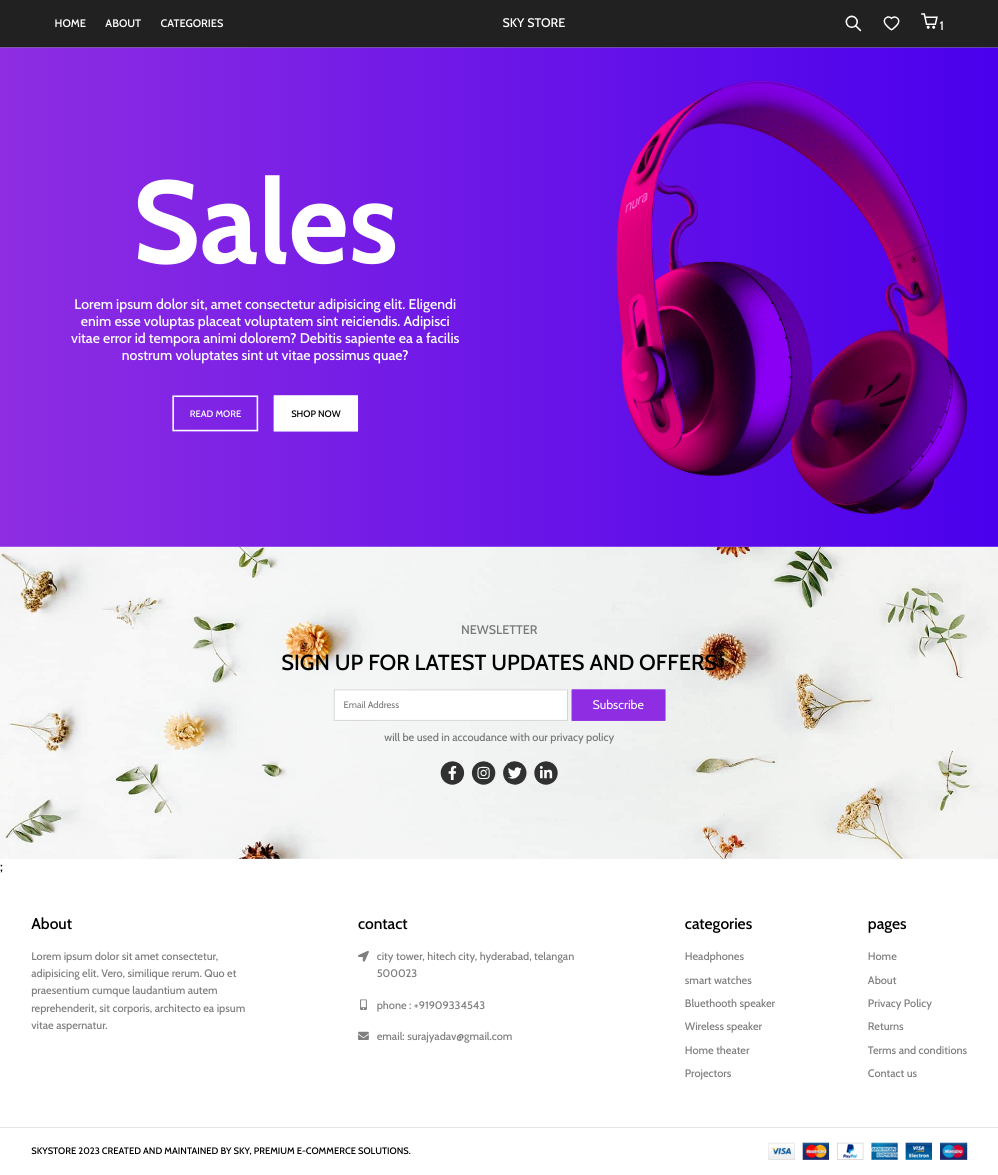
Repository: suraj-yadav7/ecommerce
Page: /
The author's editor kept a copy of each file at every save. The page is drawn from the files as they stood at one save, then again after the next save.
The browser window is 1280 px wide. The pictures show the whole page, at 78% of full size.
The project was rebuilt for these pictures with package versions that can differ from the ones it lists, and the page was loaded fresh each time. Also part of the build but not shown: src/components/Home/Home.scss, src/components/Category/Category.scss, src/components/SingleProduct/SingleProduct.scss, src/components/SingleProduct/SingleProduct.jsx, src/App.scss, src/components/Header/Search/Search.scss, src/components/Header/Search/Search.jsx, src/components/Cart/Cart.scss and 1 more.

Above is the page before, as saved 2023-06-19 11:25:35.

### src/index.jsx
import React from 'react';
import ReactDOM from 'react-dom/client';
import './index.scss';
import App from './App';
import { Provider } from 'react-redux';
import store from './store/store';

const root = ReactDOM.createRoot(document.getElementById('root'));
root.render(
<Provider store={store}>
    <App />
</Provider>
);

### src/App.jsx
import React from 'react';
import { BrowserRouter as Router, Routes, Route } from 'react-router-dom';
import Home from "./components/Home/Home"
import Category from "./components/Category/Category"
import SingleProduct from "./components/SingleProduct/SingleProduct"
import './App.scss';
import Header from './components/Header/Header';
import Footer from './components/Footer/Footer';
import Newsletter from './components/Footer/Newsletter/Newsletter';

function App() {
  return (
   <>
   <Router>
    <Header/>
    <Routes>
        <Route exact path="/" element={<Home/>} />
        <Route exact path="/category/:id" element={<Category/>} />
        <Route exact path="/product/:id" element={<SingleProduct/>} />
    </Routes>
    <Newsletter/>
    <Footer />
   </Router>
   </>
  );
}

export default App;

### src/store/store.jsx
import { configureStore } from "@reduxjs/toolkit";
import productSlice from "./slices/productSlice";


const store = configureStore({
    reducer:{
        product:productSlice
    }
})

export default store;

### src/components/Home/Home.jsx
import { useDispatch, useSelector } from "react-redux";
import "./Home.scss";
import { addElement } from "../../store/slices/productSlice";
import Banner from "./Banner/Banner";


const Home = () => {
    const dispatch = useDispatch()
    const data = useSelector((state)=> state.product.data)
    return(
     <>
        <div className="home">
            <Banner />
        </div>
     </>

    )
};

export default Home;

### src/components/Header/Header.jsx
import "./Header.scss";
import Search from "./Search/Search"
import Cart from "../Cart/Cart"
import { TbSearch } from "react-icons/tb"
import { CgShoppingCart } from "react-icons/cg"
import { AiOutlineHeart } from "react-icons/ai"
import "./Header.scss"
import { useEffect, useState } from "react";

const Header = () => {
    const [scrollVal, setScrollVal] = useState(false)
    const handleScroll = ()=>{
        const offset = window.scrollY;
        console.log(offset)
        if(offset > 200){
            setScrollVal(true)
        }
        else{
            setScrollVal(false)
        }
    }
    useEffect(()=>{
        window.addEventListener("scroll", handleScroll)
    },[])

    return (
        <>
            <header className={`main-header ${scrollVal? "sticky-header":""}`}>
                <div className="header-content">
                    <ul className="left" >
                        <li>Home</li>
                        <li>About</li>
                        <li>Categories</li>
                    </ul>
                    <div className="center"> SKY STORE</div>
                    <div className="right">
                        <TbSearch />
                        <AiOutlineHeart />
                        <span className="cart-icon">
                            <CgShoppingCart />1
                        </span>
                    </div>
                </div >
            </header >
        </>
    )
};

export default Header;

### src/components/Footer/Footer.jsx
import React from "react";
import "./Footer.scss";
import { FaLocationArrow, FaMobileAlt, FaEnvelope } from "react-icons/fa";
import Payment from "../../assets/payments.png";
const Footer = () => {
    return (
        <footer className="footer">
            <div className="footer-content">
                <div className="col">
                    <div className="title" > About</div>
                    <div className="text">Lorem ipsum dolor sit amet consectetur, adipisicing elit. Vero, similique rerum. Quo et praesentium cumque laudantium autem reprehenderit, sit corporis, architecto ea ipsum vitae aspernatur. </div>
                </div>
                <div className="col">
                    <div className="title" > contact</div>
                    <div className="c-item">
                        <FaLocationArrow />
                        <div className="text">city tower, hitech city, hyderabad, telangan 500023</div>
                    </div>
                    <div className="c-item">
                        <FaMobileAlt />
                        <div className="text">phone : +91909334543</div>
                    </div>
                    <div className="c-item">
                        <FaEnvelope />
                        <div className="text">email: surajyadav@gmail.com</div>
                    </div>

                </div>
                <div className="col">
                    <div className="title" > categories</div>
                    <div className="text">Headphones</div>
                    <div className="text">smart watches</div>
                    <div className="text">Bluethooth speaker</div>
                    <div className="text">Wireless speaker</div>
                    <div className="text">Home theater</div>
                    <div className="text">Projectors</div>
                </div>
                <div className="col">
                    <div className="title" > pages</div>
                    <div className="text">Home</div>
                    <div className="text">About</div>
                    <div className="text">Privacy Policy</div>
                    <div className="text">Returns</div>
                    <div className="text">Terms and conditions</div>
                    <div className="text">Contact us</div>
                </div>
            </div>
            <div className="bottom-bar">
                <div className="bottom-bar-content">
                    <div className="text">
                        SKYSTORE 2023 CREATED AND MAINTAINED BY SKY, PREMIUM E-COMMERCE SOLUTIONS.
                    </div>
                    <img src={Payment} alt="payment-options"/>
                </div>
            </div>
        </footer>
    )
};
export default Footer;

### src/components/Footer/Newsletter/Newsletter.jsx
import React from "react";
import {
    FaFacebookF,
    FaTwitter,
    FaInstagram,
    FaLinkedinIn,
} from "react-icons/fa";
import "./Newsletter.scss"

const Newsletter = () => {
    return (
    <>
        <div className="newsletter-section">
            <div className="newsletter-content">
                <span className="small-text" >Newsletter</span>
                <span className="big-text"> Sign up for latest updates and offers</span>
                <div className="form">
                    <input type="text" placeholder="Email Address" />
                    <button className="btn-sub">Subscribe</button>
                </div>
                <div className="text">will be used in accoudance with our privacy policy </div>
                <div className="social-icons">
                    <div className="icon">
                        <FaFacebookF size={18} />
                    </div>
                    <div className="icon">
                        <FaInstagram size={18} />
                    </div>
                    <div className="icon">
                        <FaTwitter size={18} />
                    </div>
                    <div className="icon">
                        <FaLinkedinIn size={18} />
                    </div>

                </div>
            </div>
        </div>;
    </>
    )
};
export default Newsletter;

### src/store/slices/productSlice.jsx
import { createSlice } from "@reduxjs/toolkit";

const productSlice = createSlice({
    name:"productSlice",
    initialState:{
        data:["lg", "sansung", "onida"],
        loading:false,
        error:null
    },

    reducers:{
        addElement:(state, action)=>{
            state.data.push(action.payload)
        },

    },

    extraReducers:{

    }


})

export default productSlice.reducer

export const {addElement}= productSlice.actions;

### src/components/Home/Banner/Banner.jsx
import "./Banner.scss";
import BannerImg from '../../../assets/banner-img.png'
const Banner = () => {
    return(
        <>
        <div className="hero-banner">
            <div className="content">
                <div className="text-content">
                    <h1>Sales</h1>
                    <p>Lorem ipsum dolor sit, amet consectetur adipisicing elit. Eligendi enim esse voluptas placeat voluptatem sint reiciendis. Adipisci vitae error id tempora animi dolorem? Debitis sapiente ea a facilis nostrum voluptates sint ut vitae possimus quae?</p>
                    <div className="ctas">
                        <div className="banner-cta">Read More</div>
                        <div className="banner-cta v2">Shop now</div>
                    </div>
                </div>
                <img src={BannerImg}className="banner-img" alt="banner-img"></img>
            </div>

        </div>

        </>
)
};

export default Banner;

### src/components/Header/Header.scss
@import "../../css-config/mixins.scss";

.main-header {
    width: 100%;
    padding: 0 20px;
    background-color: #212121;
    color: white;
    border-bottom: 1px solid rgba(0, 0, 0, 0.1);
    z-index: 99;
    @include md {
        padding: 0 40px;
    }

    .header-content {
        display: flex;
        justify-content: space-between;
        align-items: center;
        height: 50px;
        max-width: 95%;
        margin: 0 auto;

        @include md {
            height: 60px;
        }

        .left {
            list-style-type: none;
            display: none;
            gap: 25px;

            @include md {
                display: flex;
            }

            li {
                font-size: 14px;
                font-weight: 600;
                text-transform: uppercase;
                cursor: pointer;
            }
        }

        •center {
            font-size: 22px;
            font-weight: 700;
            cursor: pointer;

            @include md {
                font-size: 33px;
                position: absolute;
                left: 50%;
                transform: translateX(-50%);
            }
        }

        .right {
            display: flex;
            align-items: center;
            gap: 20px;

            @include md {
                gap: 25px;
            }

            svg {
                font-size: 20px;
                cursor: pointer;

                @include md {
                    font-size: 24px;
                }
            }

            .cart-icon {
                position: relative;

                span {
                    min-width: 20px;
                    text-align: center;
                    background-color: #8e2de2;
                    padding: 2.5px;
                    position: absolute;
                    top: -5px;
                    right: -12px;
                    font-size: 12px;
                    line-height: 1;
                    border-radius: 10px;

                }
            }
        }

    }

    &.sticky-header{
        position: sticky;
        top:0;
        transform: translateY(-60);
        animation: stickyHeader 0.3s ease forwards;
    }
}

@keyframes stickyHeader{
    0%{
        transform: translateY(-60px);
    }
    100%{
        transform: translateY(0);
    }
}

### src/components/Footer/Footer.scss
@import "../../css-config/mixins.scss";

.footer {
    width: 100%;

    .footer-content {
        padding: 50px 20px;
        max-width: 1200px;
        margin: 0 auto;
        display: flex;
        flex-flow: wrap;
        gap: 20px;

        @include md {
            justify-content: space-between;
            padding: 50px 0;
        }

        .col {
            max-width: 300px;

            .title {
                margin-bottom: 20px;
                font-size: 20px;
            }

            .text {
                color: rgb(0, 0, 0, 0.5);
                font-size: 14px;
                margin-bottom: 8px;
            }

            .c-item {
                display: flex;
                margin-bottom: 10px;

                svg {
                    flex-shrink: 0;
                    font-size: 14px;
                    margin-right: 10px;
                    margin-top: 4px;
                    color: rgb(0, 0, 0, 0.5);

                }
            }
        }
    }

    .bottom-bar {
        border-top: 1px solid rgba(0, 0, 0, 0.1);
        .bottom-bar-content {
            padding: 20px;
            display: flex;
            align-items: center;
            flex-direction: column;
            text-align: center;
            gap: 10px;
            @include md {
                padding: 0;
                height: 60px;
                max-width: 1200px;
                margin: 0 auto;
                flex-direction: row;
                justify-content: space-between;
                text-align: left;
            }
            .text {
                font-size: 12px;
                color: Orgba (0, 0, 0, 0.5);
            }
        }
    }
}

### src/components/Footer/Newsletter/Newsletter.scss
@import "../../../css-config/mixins.scss";

.newsletter-section {
    width: 100%;
    height: 400px;
    display: flex;
    align-items: center;
    background: #f9f9f9 url("../../../assets/newsletter-bg.jpeg");
    background-position: center;
    background-repeat: no-repeat;
    background-size: cover;

    .newsletter-content {
        width: fit-content;
        display: flex;
        flex-direction: column;
        align-items: center;
        margin: 0 auto;
        text-align: center;

        .small-text {
            margin-bottom: 15px;
            text-transform: uppercase;
            color: rgba(0, 0, 0, 0.5);
        }

        .big-text {
            margin-bottom: 20px;
            font-size: 22px;
            line-height: 30px;
            font-weight: 500;
            text-transform: uppercase;
            padding: 0 30px;

            @include md {
                font-size: 28px;
            }
        }

        .form {
            display: flex;
            gap: 05px;
            margin-bottom: 10px;

            .btn-sub {
                outline: 0;
                border: 0;
                height: 40px;
                width: 100px;
                display: flex;
                align-items: center;
                justify-content: center;
                cursor: pointer;
                font-size: 16px;
                color: white;
                background-color: #8e2de2;
                border: 3px solid #8e2de2;

                @include md {
                    width: 120px;
                }
            }

            input {
                width: 200px;
                height: 40px;
                border-radius: 0;
                border: 1px solid rgba(0, 0, 0, 0.2);
                padding: 0 12px;
                font-size: 12px;
                outline: none;

                @include md {
                    width: 300px;
                }

            }


        }

        .text {
            margin-bottom: 20px;
            font-size: 14px;
            color: rgb(0, 0, 0, 0.5);
        }

        .social-icons {
            display: flex;
            gap: 10px;
            .icon {
                width: 30px;
                height: 30px;
                background-color: rgba(0, 0, 0, 0.8);
                border-radius: 50%;
                color: white;
                display: flex;
                justify-content: center;
                align-items: center;
            }
        }

        }
    }

### src/components/Home/Banner/Banner.scss
@import "../../../css-config/mixins.scss";

.hero-banner {
    padding: 40px 0;
    position: relative;
    background-image: linear-gradient(to right, #8e2de2, #4a00ed);
    @include md {
    height: calc(100vh - 80px) ;
    }
    .content{
    height: 100%;
    display: flex;
    justify-content: flex-end;
    align-items: center;
    flex-direction: column-reverse;
    max-width: calc(100% - 20px);
    margin: 0 auto;
    position: relative;
    @include md {
    flex-direction: row;
    max-width: 1200px;
    }
    .banner-img {
        position: relative;
        z-index: 9;
        width: 200px;
        margin-bottom: 20px;
        @include md{
            width: 450px;
            margin-right: 0px;
            margin-top: 0px;
            margin-bottom: 0;
        }
        @include xxl {
        width: 600px;
        margin-right: 0;
        margin-top: 0;
    }
    }
    .text-content {
        color: white;
        text-align: center;
        display: flex;
        flex-direction: column;
        align-items: center;
        @include md {
        position: absolute;
        left: 50px;
        top: 50%;
        transform: translateY(-50%) ;
        }
        @include xxl {
        left: 0;
        }
        h1{
            font-size: 80px;
            font-weight: 700;
            line-height: 1;
            margin-bottom: 20px;
            @include md{
                font-size: 150px;
            }
        }

        p{
            max-width: 300px;
            font-size: 14px;
            list-style: 20px;
            margin-bottom: 20px;
            @include md{
                max-width: 500px;
                font-size: 18px;
                line-height: 22px;
                margin-bottom: 40px;
            }
        }
        .ctas{
            display: flex;
            justify-content: center;
            gap: 20px;
            .banner-cta{
                text-transform: uppercase;
                font-size: 12px;
                font-weight: 500;
                width: fit-content;
                border: 2px solid white;
                padding: 10px 20px;
                cursor: pointer;
                &.v2{
                    background-color: white;
                    color: black;

                }
                &:hover{
                    opacity: 0.6;
                }
            }
        }
     }
    }
 }

Loaded but not shown: public/index.html (common file); src/index.scss (common file); src/css-config/mixins.scss (common file); src/components/Category/Category.jsx (common file)

After the next save:
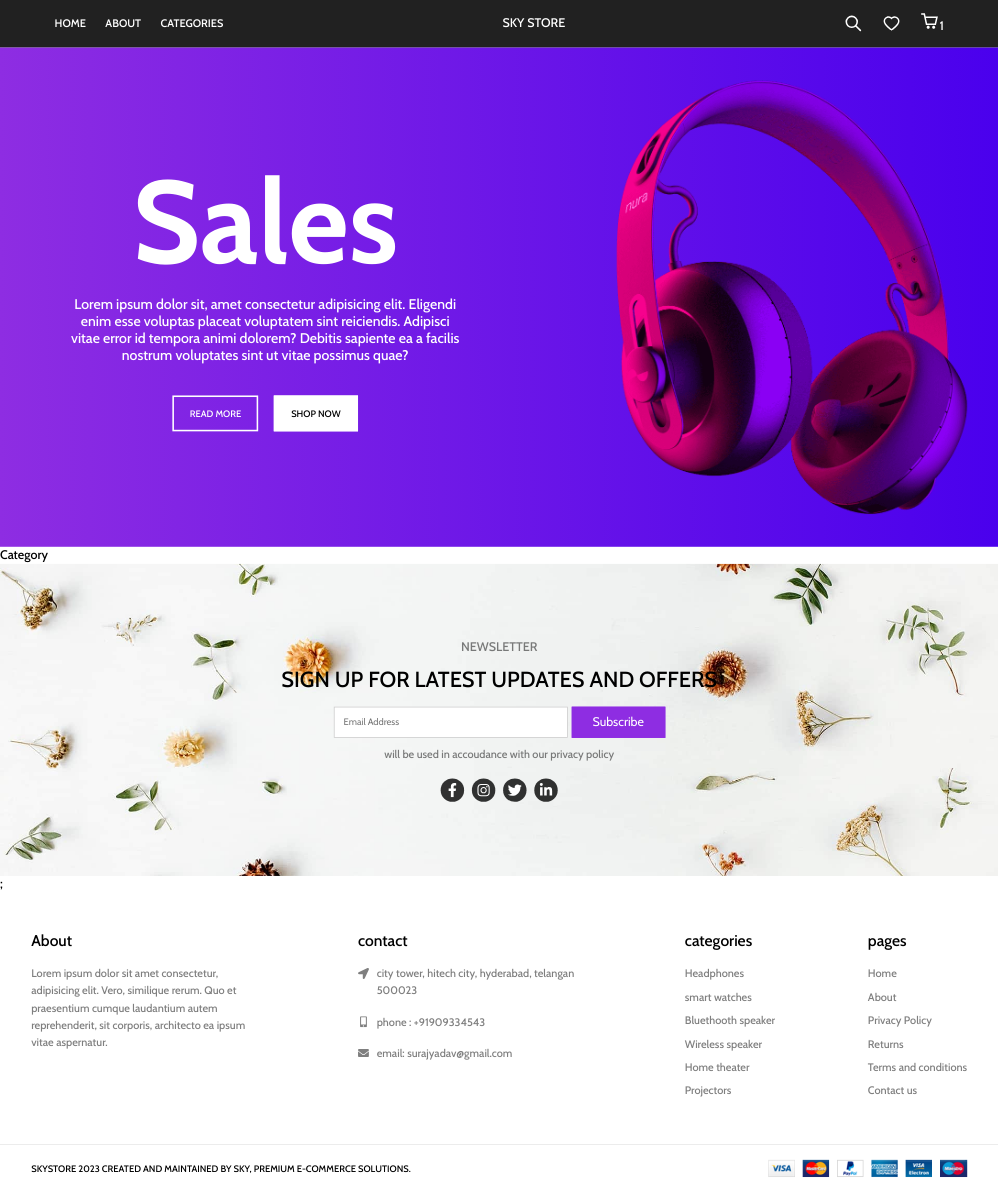
Saved 28 s later.
--- a/src/components/Home/Home.jsx
+++ b/src/components/Home/Home.jsx
@@ -2,6 +2,7 @@
 import "./Home.scss";
 import { addElement } from "../../store/slices/productSlice";
 import Banner from "./Banner/Banner";
+import Category from "../Category/Category";
 
 
 const Home = () => {
@@ -11,6 +12,7 @@
      <>
         <div className="home">
             <Banner />
+            <Category/>
         </div>
      </>
 
